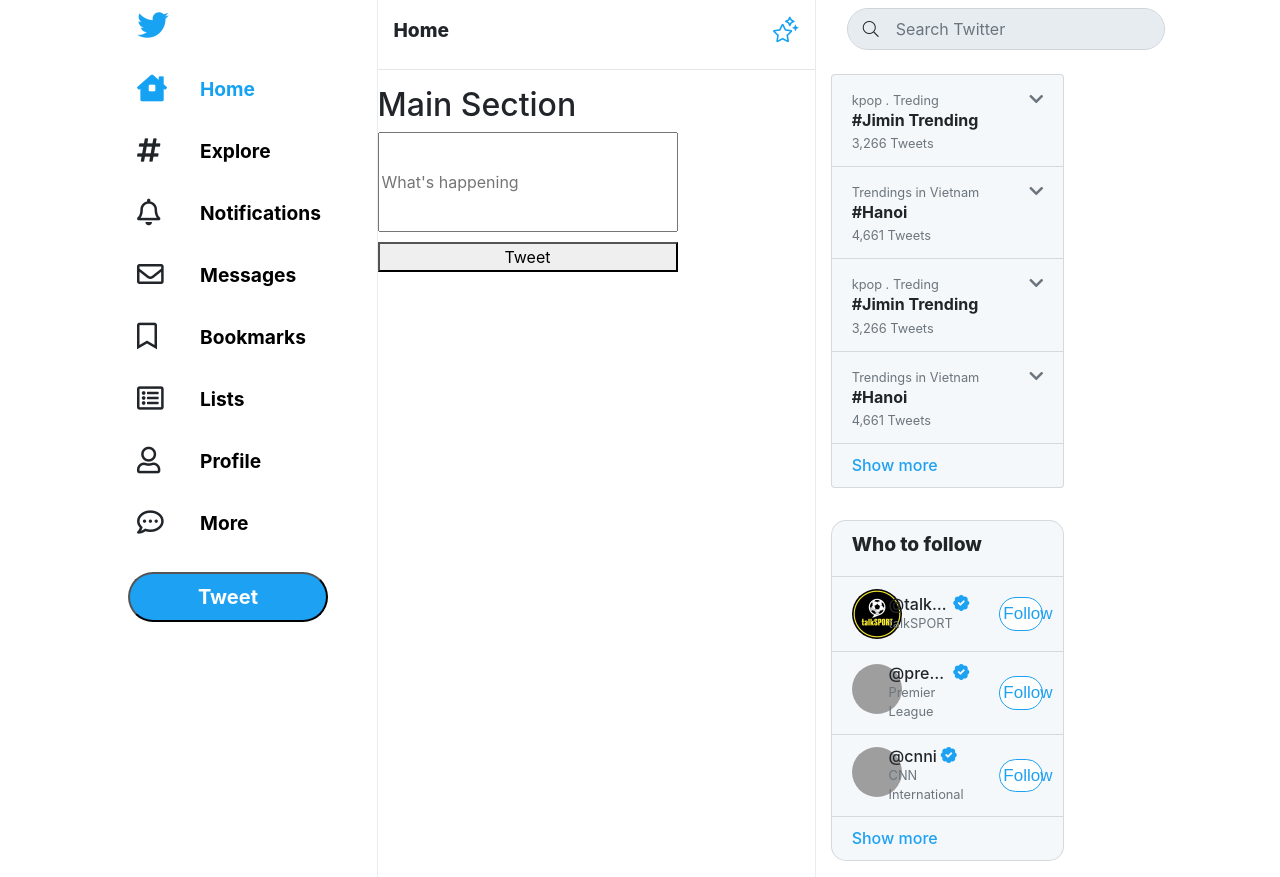
Repository: tts2610/Twitter-clone
Page: index.html
These files come from the project's save history. The page is drawn as it stood at one moment and after the next save; the edit follows.
The browser window is 1280 px wide. The pictures show the whole page.
Pictures or frames that could not be fetched are drawn as grey boxes.

Above is the page before, as saved 2020-05-23 15:04:27.

### index.html
<!DOCTYPE html>
<html lang="en">

<head>
    <meta charset="UTF-8">
    <!-- <meta name="viewport" content="width=device-width, initial-scale=1.0"> -->
    <title>Document</title>
    <link rel="stylesheet" href="css/style.css">
    <!-- Latest compiled and minified CSS -->
    <link rel="stylesheet" href="https://maxcdn.bootstrapcdn.com/bootstrap/4.5.0/css/bootstrap.min.css">

    <!-- jQuery library -->
    <script src="https://ajax.googleapis.com/ajax/libs/jquery/3.5.1/jquery.min.js"></script>

    <!-- Popper JS -->
    <script src="https://cdnjs.cloudflare.com/ajax/libs/popper.js/1.16.0/umd/popper.min.js"></script>

    <!-- Latest compiled JavaScript -->
    <script src="https://maxcdn.bootstrapcdn.com/bootstrap/4.5.0/js/bootstrap.min.js"></script>

    <!-- <link rel="stylesheet" crossorigin="anonymous" href="https://use.fontawesome.com/releases/v5.6.3/css/all.css" integrity="sha384-UHRtZLI+pbxtHCWp1t77Bi1L4ZtiqrqD80Kn4Z8NTSRyMA2Fd33n5dQ8lWUE00s/" /> -->
    <link rel="stylesheet" href="css/all.css">

</head>


<body>
    <div class="container">
        <div class="row">
            <div class="col-3">
                <div class="row">
                    <div class="col"><img src="/img/twt-logo1.png" alt="twitter-logo" width="50" height="50"></div>
                </div>
                <div class="row my-3">
                    <div id="outerMenuContainer" style="color: #16a2f2;">
                        <div class="col-2 mr-4 py-2 px-4" style="font-size: 20px;"><i class="fas fa-house fa-lg"></i></div>
                        <div class="col-10 py-2" style="margin-right: 0px;padding-right: 0px;font-weight: 700;font-size: larger;"> <a href="#Home" style="color: #16a2f2;">Home</a></div>
                    </div>

                </div>
                <div class="row my-3">
                    <div id="outerMenuContainer">
                        <div class="col-2 mr-4 py-2 px-4" style="font-size: 20px;"><i class="fas fa-hashtag fa-lg"></i></div>
                        <div class="col-10" style="margin-right: 0px;padding-right: 0px;font-weight: 700;font-size: larger;"><a href="#services">Explore</a></div>

                    </div>
                </div>
                <div class="row my-3">
                    <div id="outerMenuContainer">
                        <div class="col-2 mr-4 py-2 px-4" style="font-size: 20px;"><i class="far fa-bell fa-lg"></i></div>
                        <div class="col-10" style="margin-right: 0px;padding-right: 0px;font-weight: 700;font-size: larger;"><a href="#clients">Notifications</a></div>

                    </div>
                </div>
                <div class="row my-3">
                    <div id="outerMenuContainer">
                        <div class="col-2 mr-4 py-2 px-4" style="font-size: 20px;"><i class="far fa-envelope fa-lg"></i></div>
                        <div class="col-10" style="margin-right: 0px;padding-right: 0px;font-weight: 700;font-size: larger;"><a href="#contact">Messages</a></div>
                    </div>
                </div>
                <div class="row my-3">
                    <div id="outerMenuContainer">
                        <div class="col-2 mr-4 py-2 px-4" style="font-size: 20px;"><i class="far fa-bookmark fa-lg"></i></div>
                        <div class="col-10" style="margin-right: 0px;padding-right: 0px;font-weight: 700;font-size: larger;"><a href="#clients">Bookmarks</a></div>
                    </div>
                </div>
                <div class="row my-3">
                    <div id="outerMenuContainer">
                        <div class="col-2 mr-4 py-2 px-4" style="font-size: 20px;"><i class="far fa-list-alt fa-lg"></i></div>
                        <div class="col-10" style="margin-right: 0px;padding-right: 0px;font-weight: 700;font-size: larger;"><a href="#contact">Lists</a></div>
                    </div>
                </div>
                <div class="row my-3">
                    <div id="outerMenuContainer">
                        <div class="col-2 mr-4 py-2 px-4" style="font-size: 20px;"><i class="far fa-user fa-lg"></i></div>
                        <div class="col-10" style="margin-right: 0px;padding-right: 0px;font-weight: 700;font-size: larger;"><a href="#clients">Profile</a></div>
                    </div>
                </div>
                <div class="row my-3">
                    <div id="outerMenuContainer">
                        <div class="col-2 mr-4 py-2 px-4" style="font-size: 20px;"><i class="far fa-comment-dots fa-lg"></i></div>
                        <div class="col-10" style="margin-right: 0px;padding-right: 0px;font-weight: 700;font-size: larger;"><a href="#contact">More</a></div>
                    </div>
                </div>
                <div class="row my-3">
                    <div class="col"><button class="tweetbtn" href="#">Tweet</button></div>
                </div>
            </div>

            <div class="col-5" style="border-right: #e6ecf0 solid 1px; border-left: #e6ecf0 solid 1px; padding-left: 0px; padding-right: 0px;">
                <nav class="navbar sticky-top navbar-light my-2" id="leftNav">
                    <span>Home</span>
                    <span style="color: #16a2f2;"><i class="fal fa-stars fa-lg"></i></span>
                </nav>
                <hr/>
                <div>
                    <h2>Main Section</h2>
                    <input type="text" id="tweetArea" placeholder="What's happening">
                    <button id="tweetBtn" onclick="post()">Tweet</button>
                    <span id="remain"></span>
                    <div id="content" class="mt-5">
                    </div>



                </div>
            </div>

            <div class="col-3">
                <nav class="navbar sticky-top navbar-light" id="rightNav">
                    <span style="position: absolute;z-index: 100;"><i class="fal fa-search ml-3"></i></span>
                    <div><input class="form-control mr-sm-2 pl-5" type="search" placeholder="Search Twitter" aria-label="Search" id="search"></div>
                </nav>
                <div id="trendings" class="py-3">
                    <ul class="list-group mb-3">
                        <!-- <li class="list-group-item d-flex justify-content-between lh-condensed header" style="border-radius: 15px 15px 0px 0px;" id="trendingHeader">
                            <div>
                                <div class="trends-header">Trends for you</div>
                            </div>
                            <span class="text-muted"><i class="fal fa-cog" style="COLOR: rgba(29,161,242,1.00); font-size: larger;"></i></span>
                        </li> -->
                        <li class="list-group-item d-flex justify-content-between lh-condensed content" id="trending1">
                            <div>
                                <small class="text-muted">Trendings in Vietnam</small>
                                <h6 class="my-0 hashtag">#Hanoi</h6>
                                <small class="text-muted">4,661 Tweets</small>
                            </div>
                            <span class="text-muted"><i class="fas fa-chevron-down"></i></span>
                        </li>
                        <li class="list-group-item d-flex justify-content-between lh-condensed content" id="trending2">
                            <div>
                                <small class="text-muted">kpop . Treding</small>
                                <h6 class="my-0 hashtag">#Jimin Trending</h6>
                                <small class="text-muted">3,266 Tweets</small>
                            </div>
                            <span class="text-muted"><i class="fas fa-chevron-down"></i></span>
                        </li>
                        <li class="list-group-item d-flex justify-content-between lh-condensed content" id="trending3">
                            <div>
                                <small class="text-muted">Trendings in Vietnam</small>
                                <h6 class="my-0 hashtag">#Hanoi</h6>
                                <small class="text-muted">4,661 Tweets</small>
                            </div>
                            <span class="text-muted"><i class="fas fa-chevron-down"></i></span>
                        </li>
                        <li class="list-group-item d-flex justify-content-between lh-condensed content" id="trending4">
                            <div>
                                <small class="text-muted">kpop . Treding</small>
                                <h6 class="my-0 hashtag">#Jimin Trending</h6>
                                <small class="text-muted">3,266 Tweets</small>
                            </div>
                            <span class="text-muted"><i class="fas fa-chevron-down"></i></span>
                        </li>
                        <li class="list-group-item d-flex justify-content-between lh-condensed content" style="border-radius: 0px 0px 15px 15px">
                            <div>
                                <h6 class="my-0"><a href="#" style="COLOR: rgba(29,161,242,1.00); text-decoration: none;">Show more</a></h6>
                            </div>
                        </li>
                    </ul>
                </div>

                <div id="whoToFollow" class="">
                    <ul class="list-group mb-3">
                        <li class="list-group-item d-flex justify-content-between lh-condensed" style="border-radius: 15px 15px 0px 0px;">
                            <div>
                                <h5 class="whoToFollow-header">Who to follow</h5>
                            </div>
                        </li>
                        <li class="list-group-item content">
                            <div class="row">
                                <div class="col-2">
                                    <img src="img/profileImages/talkSport.jpg" id="moreToFollowImg" alt="Avatar">
                                </div>
                                <div class="col-6">
                                    <div style="display: flex;">
                                        <h6 class="my-0 hashtag">@talkSPORT</h6>
                                        <i class="ml-1 fas fa-badge-check"></i>
                                    </div>

                                    <small class="text-muted">talkSPORT</small>

                                </div>
                                <div class="col-4">
                                    <a href="#" class="followBtn">Follow</a>
                                </div>
                            </div>
                        </li>
                        <li class="list-group-item content">
                            <div class="row">
                                <div class="col-2">
                                    <img src="https://d3pc1xvrcw35tl.cloudfront.net/ln/feedImages/643x481/bwpUoL-J_400x400_ckOpi7f_4RVQqqi_ZPjpFJN_cnPYP1e_202004.jpg" id="moreToFollowImg" alt="Avatar">
                                </div>
                                <div class="col-6">
                                    <div style="display: flex;">
                                        <h6 class="my-0 hashtag">@premierleague</h6>
                                        <i class="ml-1 fas fa-badge-check"></i>
                                    </div>

                                    <small class="text-muted">Premier League</small>

                                </div>
                                <div class="col-4">
                                    <a href="#" class="followBtn">Follow</a>
                                </div>
                            </div>
                        </li>
                        <li class="list-group-item content">
                            <div class="row">
                                <div class="col-2">
                                    <img src="https://upload.wikimedia.org/wikipedia/commons/thumb/6/66/CNN_International_logo.svg/1200px-CNN_International_logo.svg.png" id="moreToFollowImg" alt="Avatar">
                                </div>
                                <div class="col-6">
                                    <div style="display: flex;">
                                        <h6 class="my-0 hashtag">@cnni</h6>
                                        <i class="ml-1 fas fa-badge-check"></i>
                                    </div>

                                    <small class="text-muted">CNN International</small>

                                </div>
                                <div class="col-4">
                                    <a href="#" class="followBtn">Follow</a>
                                </div>
                            </div>
                        </li>
                        <li class="list-group-item d-flex justify-content-between lh-condensed content" style="border-radius: 0px 0px 15px 15px">
                            <div>
                                <h6 class="my-0"><a href="#" style="COLOR: rgba(29,161,242,1.00); text-decoration: none;">Show more</a></h6>
                            </div>
                        </li>
                    </ul>
                </div>
            </div>
        </div>

        <!-- <nav class="navbar sticky-top navbar-expand-lg navbar-light bg-light">
                <a class="navbar-brand" href="#">Navbar</a>
                <button class="navbar-toggler" type="button" data-toggle="collapse" data-target="#navbarSupportedContent" aria-controls="navbarSupportedContent" aria-expanded="false" aria-label="Toggle navigation">
                  <span class="navbar-toggler-icon"></span>
                </button>

                <div class="collapse navbar-collapse" id="navbarSupportedContent">
                    <ul class="navbar-nav mr-auto">
                    </ul>
                    <form class="form-inline my-2 my-lg-0">
                        <input class="form-control mr-sm-2" type="search" placeholder="Search" aria-label="Search">
                        <button class="btn btn-outline-success my-2 my-sm-0" type="submit">Search</button>
                    </form>
                </div>
            </nav> -->
        <!-- <div class="column2">

        </div>

        <div class="column3">

        </div> -->


        <!-- END COL-3 -->
    </div>

    <script src="js/script.js"></script>
    <script src="js/moment.js"></script>
</body>

</html>

### css/style.css
* {
    box-sizing: border-box;
}

body {
    font-family: “Helvetica Neue”, Helvetica, Arial, sans-serif;
}

body .container {
    max-width: 80%;
    padding-left: 0px;
    padding-right: 0px;
}


/* .container {
    width: 60%;
} */

#leftNav {
    display: flex;
    justify-content: space-between;
    font-size: larger;
    font-weight: 800;
    background-color: white;
}

#rightNav {
    width: 100%;
    background-color: white;
}

#rightNav .input-group-prepend {
    background-color: white !important;
    color: white !important;
}

#search {
    border-radius: 30px;
    height: 10px;
    padding: 20px;
    position: relative;
    width: 318px;
    background-color: #e6ecf0;
}

.sidenav {
    height: 100%;
    position: fixed;
    z-index: 1;
    top: 0;
    left: 0;
    background-color: rgb(255, 255, 255);
    overflow-x: hidden;
    padding-top: 20px;
    border-right: 1px solid lightgrey;
}

.sidenav a {
    text-decoration: none;
    font-size: 25px;
    color: #000000;
    display: block;
    font-family: system-ui, -apple-system, BlinkMacSystemFont, "Segoe UI", Roboto, Ubuntu, "Helvetica Neue", sans-serif;
    ;
    margin: 5px;
    margin-bottom: 10px;
}

.sidenav a:hover {
    color: #16afdd;
}

.main {
    margin-left: 160px;
    /* Same as the width of the sidenav /
    font-size: 28px; / Increased text to enable scrolling */
    padding: 0px 10px;
}

@media screen and (max-height: 450px) {
    .sidenav {
        padding-top: 15px;
    }
    .sidenav a {
        font-size: 18px;
    }
}

.tweetbtn {
    height: 50px;
    width: 200px;
    border-radius: 40px;
    background-color: rgb(29, 161, 242);
    color: white;
    font-weight: bolder;
    font-size: 20px;
    cursor: pointer;
    margin-left: 0px;
    margin-top: 10px;
}

.tweetbtn:hover {
    background-color: rgba(26, 145, 218);
}

.home {
    display: flex;
}

.explore {
    display: flex;
}

.notifications {
    display: flex;
}

.messages {
    display: flex;
}

.bookmarks {
    display: flex;
}

.lists {
    display: flex;
}

.profile {
    display: flex;
}

.more {
    display: flex;
}


/* Clear floats after the columns */

.row:after {
    content: "";
    display: table;
    clear: both;
}

tr {
    text-align: center;
}

#tweetArea {
    width: 300px;
    height: 100px
}

#tweetBtn {
    margin-top: 10px;
    width: 300px;
}


/* #trendings {
    background-color: #f5f8fa;
} */

#trendings .list-group-item {
    background-color: #f5f8fa;
}

#trendings .content {
    cursor: pointer;
}

#trendings .trends-header {
    font-weight: 800;
    font-size: larger;
}

#trendings .content:hover {
    filter: brightness(97%)
}

#trendings ul li .hashtag {
    font-weight: 700;
}

#moreToFollowImg {
    border-radius: 50%;
    width: 50px;
    height: 50px;
}

.fa-badge-check {
    color: rgba(29, 161, 242, 1.00);
}

.followBtn {
    -webkit-border-radius: 20px;
    -moz-border-radius: 20px;
    border-radius: 25px;
    color: #1DA1F2;
    font-family: Arial;
    font-size: 17px;
    font-weight: 200;
    padding: 3px;
    background-color: #FFFFFF;
    border: solid #1DA1F2 1px;
    text-decoration: none;
    /* display: inline-block; */
    cursor: pointer;
    text-align: center;
}

.followBtn:hover {
    color: #1DA1F2;
    background: #CFE7F6;
    border-radius: 25px;
    text-decoration: none;
    opacity: 0.7;
}

#whoToFollow .list-group-item {
    background-color: #f5f8fa;
}

#whoToFollow .content {
    cursor: pointer;
}

#whoToFollow .content:hover {
    filter: brightness(97%)
}

#whoToFollow .row .col-6 {
    display: flex;
    flex-direction: column;
    justify-content: center;
}

#whoToFollow .row .col-6 .hashtag {
    text-overflow: ellipsis;
    white-space: nowrap;
    overflow: hidden;
}

#whoToFollow .row .col-4 {
    display: flex;
    flex-direction: column;
    justify-content: center;
}

#whoToFollow .whoToFollow-header {
    font-weight: 800;
    font-size: larger;
}

h6 {
    font-weight: 700;
}

#content .functionBar {
    display: flex;
    justify-content: space-between;
}

#content .row {
    padding: 30px;
    border: 1px solid lightgrey;
}

#content .row div {
    margin-top: 4px;
}

#outerMenuContainer {
    display: flex;
    flex-direction: row;
    align-items: center;
    width: max-content;
}

#outerMenuContainer:hover {
    color: #1DA1F2 !important;
    background: #CFE7F6;
    border-radius: 25px;
    text-decoration: none;
    opacity: 0.7;
    /* padding: 5px 0px 5px 3px;
    width: max-content; */
}

#outerMenuContainer:hover a {
    color: #1DA1F2 !important;
}

#outerMenuContainer a {
    text-decoration: none;
    color: black;
}

Loaded but not shown: css/all.css (library); js/moment.js (library); js/script.js (178 lines, source omitted)

After the next save:
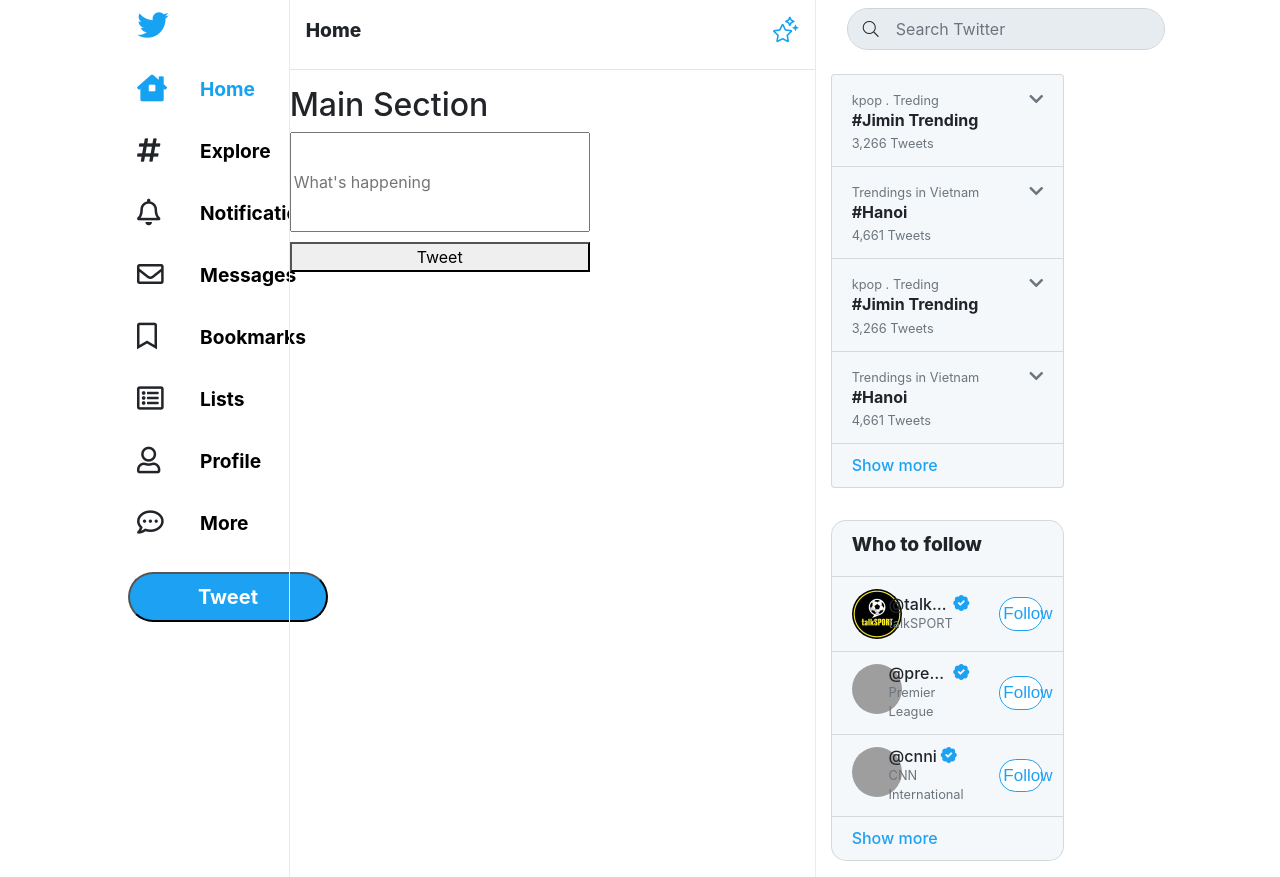
Saved 25 s later.
--- a/index.html
+++ b/index.html
@@ -27,7 +27,7 @@
 <body>
     <div class="container">
         <div class="row">
-            <div class="col-3">
+            <div class="col-2">
                 <div class="row">
                     <div class="col"><img src="/img/twt-logo1.png" alt="twitter-logo" width="50" height="50"></div>
                 </div>
@@ -87,7 +87,7 @@
                 </div>
             </div>
 
-            <div class="col-5" style="border-right: #e6ecf0 solid 1px; border-left: #e6ecf0 solid 1px; padding-left: 0px; padding-right: 0px;">
+            <div class="col-6" style="border-right: #e6ecf0 solid 1px; border-left: #e6ecf0 solid 1px; padding-left: 0px; padding-right: 0px;">
                 <nav class="navbar sticky-top navbar-light my-2" id="leftNav">
                     <span>Home</span>
                     <span style="color: #16a2f2;"><i class="fal fa-stars fa-lg"></i></span>
